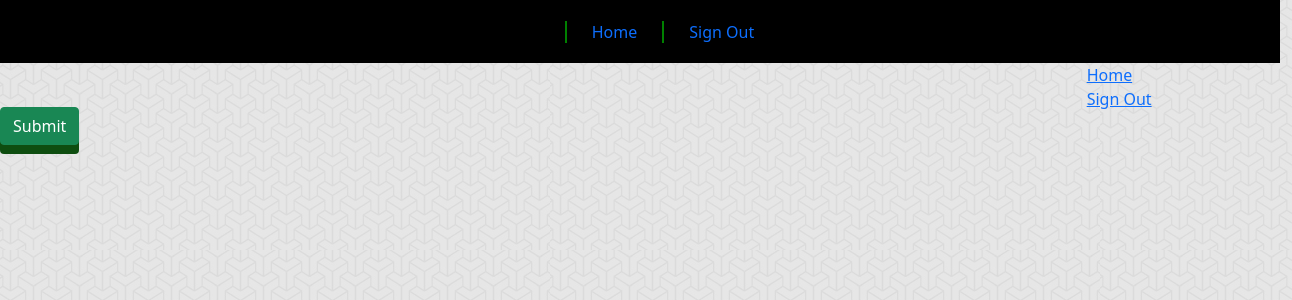
Repository: kavine24/CS490-Python-LMS
Page: html/portal/s/TakeQuiz.html
An editor plug-in stored every save of this project. The page is shown before and after the next save, followed by the edit.
The browser window is 1280 px wide. The page is 1292 px wide, so the pictures cover 1292 px, including what lies to the right of the window. The pictures show the whole page.
The page's requests for data from a server got no answer.

Above is the page before, as saved 2022-04-20 18:31:36.

After the next save:
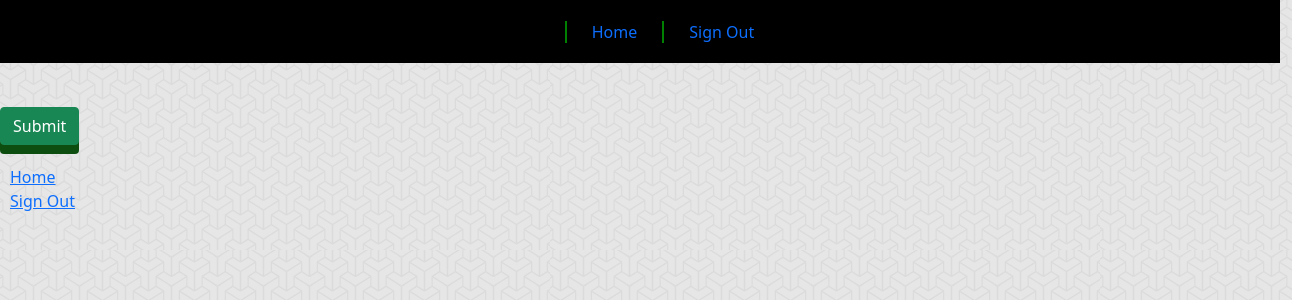
Saved 40 s later.
--- a/html/style.css
+++ b/html/style.css
@@ -130,7 +130,7 @@
 }
 
 .legend {
-  margin: 10px 0px 0px;
+  margin: 10px 10px 10px;
 }
 
 /* body {

After the save that followed:
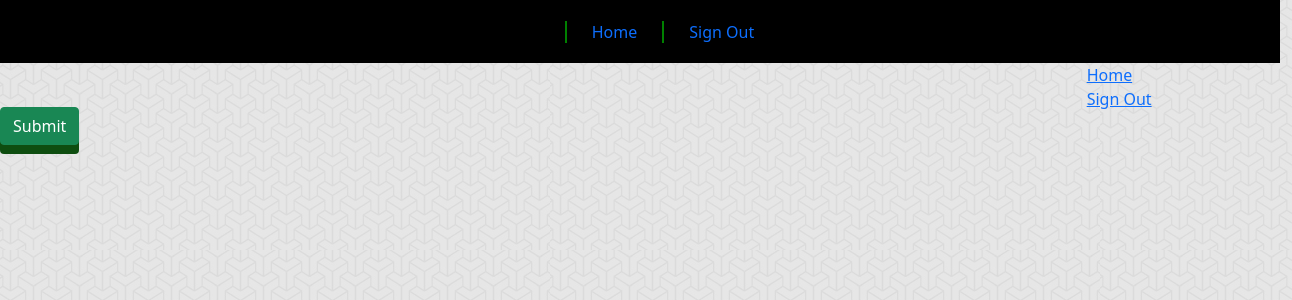
Saved 9 s later.
--- a/html/style.css
+++ b/html/style.css
@@ -130,7 +130,7 @@
 }
 
 .legend {
-  margin: 10px 10px 10px;
+  margin: 10px 0px 0px;
 }
 
 /* body {
